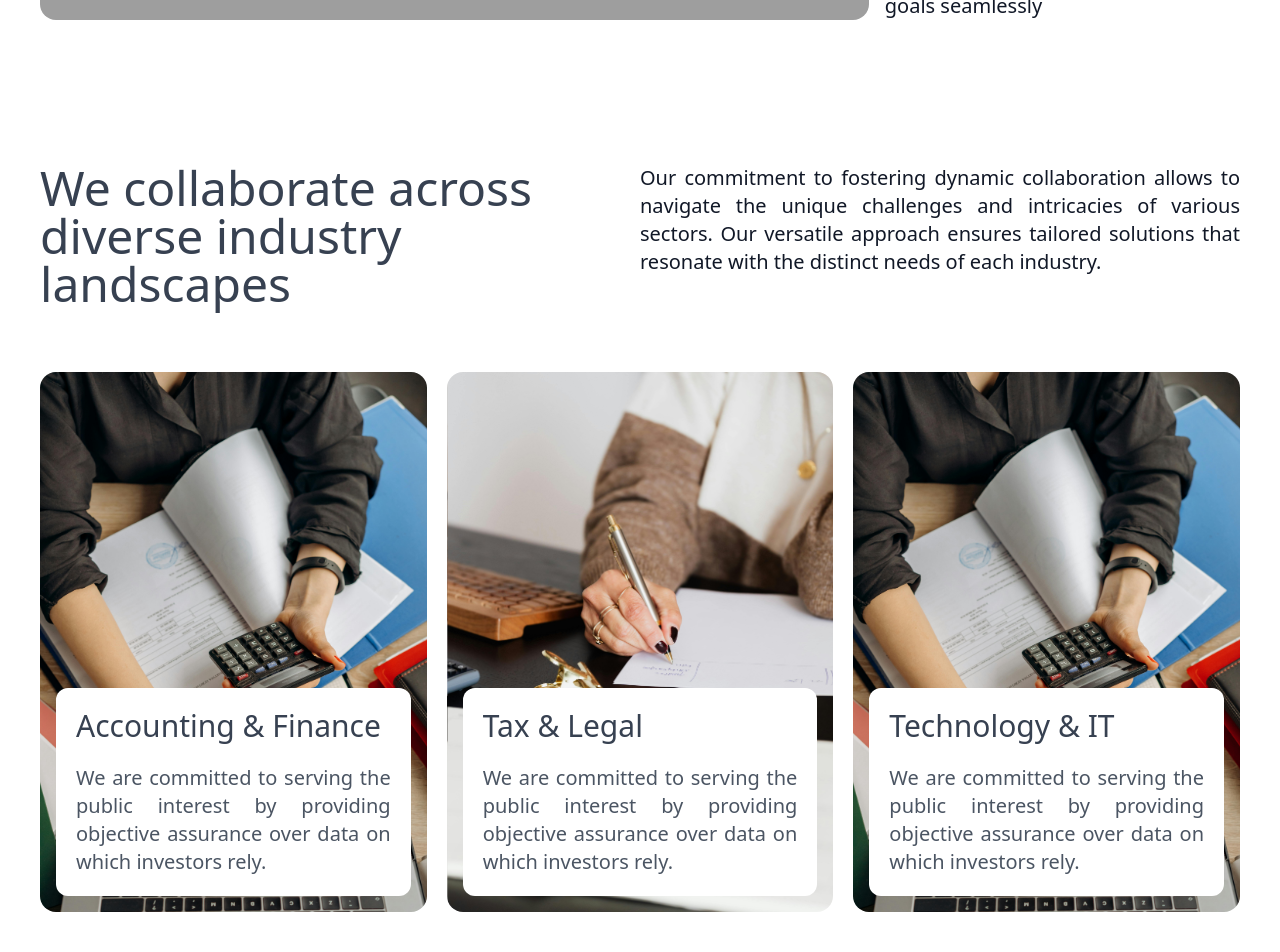
Repository: vespersolutionspk18/integrast-website
Page: /
These files come from the project's save history. The page is drawn as it stood at one moment and after the next save; the edit follows.
The browser window is 1280 px wide. The pictures show the part of the page from y = 774 to 1726 px (the page is 1726 px tall).
Pictures or frames that could not be fetched are drawn as grey boxes. The project was rebuilt for these pictures with package versions that can differ from the ones it lists, and the page was loaded fresh each time. The framework's server and built-in components were replaced by stand-ins that run in the browser. Also part of the build but not shown: next.config.ts.

Above is the page before, as saved 2024-12-09 16:08:35.

### app/layout.tsx
import type { Metadata } from "next";
import localFont from "next/font/local";
import "./globals.css";

const geistSans = localFont({
  src: "./fonts/GeistVF.woff",
  variable: "--font-geist-sans",
  weight: "100 900",
});
const geistMono = localFont({
  src: "./fonts/GeistMonoVF.woff",
  variable: "--font-geist-mono",
  weight: "100 900",
});

export const metadata: Metadata = {
  title: "Integra Strategy",
  description: "-",
};

export default function RootLayout({
  children,
}: Readonly<{
  children: React.ReactNode;
}>) {
  return (
    <html lang="en">
      <body
        className={`${geistSans.variable} ${geistMono.variable} antialiased`}
      >
        {children}
      </body>
    </html>
  );
}

### app/page.tsx
import Image from "next/image";
import Header from "./Header";
import Hero from "./Hero";
import Services from "./Services";

export default function Home() {
  return (
    <div>
      <Header />
      <Hero />
      <Services />
    </div>
  );
}

### app/Hero.tsx
import React from 'react'
import ButtonArrowwhite from "@/public/assets/buttonarrowwhite.svg";
import ButtonArrow from "@/public/assets/buttonarrow.svg";
const Hero = () => {
  return (
    <div className="flex flex-col p-10 ">
        <div className="flex flex-row mt-24 h-[190px] gap-5 ">
            <div className="w-[55%] flex flex-col">
                <h1 className="font-light font-sans text-6xl text-gray-600">Unlock Prosperity, <span className="text-gray-800">Choose Expert Guidance</span></h1>
                <h4 className="text-xl font-sans font-light text-gray-900 mt-6">Embark on a transformative journey to financial prosperity with our personalized accountancy services</h4>
            </div>
            <div className="w-[45%] flex flex-col justify-between ">
                <h4 className="text-xl text-justify font-light font-sans text-gray-900">Unlock tailored strategies, benefit from insightful guidances, and follow a clear pathway to achieve your financial success. Elevate your financial journey with our dedicated support and expertise. Contact us today to start your journey towards financial freedom.</h4>
                <div className="flex flex-row gap-5 pt-10">
                <div>
                <div id="button"
  className="group  bg-white h-[44px] flex-row border-[1px] border-gray-700 text-gray-900 text-[16px] py-1 px-1 font-light rounded-full hidden md:flex items-center justify-between w-[170px] transition-width duration-500 ease-in-out  hover:w-[195px] hover:bg-gray-700 hover:border-gray-700 hover:text-white "

>
  <div className="mx-3 font-sans font-regular">Get In Touch</div>
  <div className="bg-gray-700 rounded-full h-[36px] w-[36px] flex items-center justify-center transition-transform duration-500 ease-in-out group-hover:rotate-45">
    <ButtonArrowwhite className="h-[24px] w-[24px]" />
  </div>
            </div>
                </div>
                <div>
                <div id="button"
  className="group  bg-gray-700 h-[44px] flex-row border-[1px] border-gray-700 text-white text-[16px] py-1 px-1 font-light rounded-full hidden md:flex items-center justify-between w-[170px] transition-width duration-500 ease-in-out  hover:w-[195px] hover:bg-white hover:border-gray-700 hover:text-gray-700 "

>
  <div className="mx-3 font-sans font-regular">Get a Quote</div>
  <div className="bg-white rounded-full h-[36px] w-[36px] flex items-center justify-center transition-transform duration-500 ease-in-out group-hover:rotate-45 group-hover:border-[1px] group-hover:border-gray-700">
    <ButtonArrow className="h-[24px] w-[24px]" />
  </div>
            </div>
                </div>

                </div>
            </div>
        </div>


        <div className="flex flex-row h-[380px] gap-4 mt-16">
            <div className="w-[70%] rounded-2xl bg-cover bg-center" style={{backgroundImage: `url('/assets/heroimage3.jpg')`}}></div>
            <div className="w-[30%] flex flex-col justify-between ">
                <div className="w-full h-full rounded-2xl bg-cover bg-center" style={{backgroundImage: `url('/assets/heroimage4.jpg')`}}></div>
                <h5 className="font-sans text-gray-900 text-justify text-xl mt-3  font-light">Tailored solutions, expert guidance, and strategic planning to secure your wealth and achieve your financial goals seamlessly</h5>
            </div>
        </div>
    </div>
  )
}

export default Hero

### app/Services.tsx
import React from 'react'

const Services = () => {
  return (
    <div className="flex flex-col p-10 mt-16 ">
        <div className="flex flex-row items-start justify-start ">
            <div className="w-1/2 font-sans font-light text-5xl text-gray-700">We collaborate across diverse industry landscapes</div>
            <div className="w-1/2 font-sans text-gray-900 text-justify text-xl  font-light">Our commitment to fostering dynamic collaboration allows to navigate the unique challenges and intricacies of various sectors. Our versatile approach ensures tailored solutions that resonate with the distinct needs of each industry.</div>
        </div>
        <div className="flex flex-row gap-5 mt-16">
            <div className="rounded-2xl w-1/3 h-[540px] bg-cover bg-center flex items-end" style={{backgroundImage: `url('/assets/audit.jpg')`}}>
            <div className="bg-white m-4 w-full  rounded-[12px] flex flex-col">
            <h5 className="ml-5 mt-5 mr-5 mb-5 font-sans text-3xl text-gray-700 font-light">Accounting & Finance</h5>
            <p className="ml-5 mr-5 mb-5 text-justify font-sans font-light text-xl text-gray-600">We are committed to serving the public interest by providing objective assurance over data on which investors rely.</p>
            </div></div>
            <div className="rounded-2xl w-1/3 h-[540px] bg-cover bg-center flex items-end" style={{backgroundImage: `url('/assets/tax.jpg')`}}>
            <div className="bg-white m-4 w-full  rounded-[12px] flex flex-col">
            <h5 className="ml-5 mt-5 mr-5 mb-5 font-sans text-3xl text-gray-700 font-light">Tax & Legal</h5>
            <p className="ml-5 mr-5 mb-5 text-justify font-sans font-light text-xl text-gray-600">We are committed to serving the public interest by providing objective assurance over data on which investors rely.</p>
            </div></div>
            <div className="rounded-2xl w-1/3 h-[540px] bg-cover bg-center flex items-end" style={{backgroundImage: `url('/assets/audit.jpg')`}}>
            <div className="bg-white m-4 w-full  rounded-[12px] flex flex-col">
            <h5 className="ml-5 mt-5 mr-5 mb-5 font-sans text-3xl text-gray-700 font-light">Technology & IT</h5>
            <p className="ml-5 mr-5 mb-5 text-justify font-sans font-light text-xl text-gray-600">We are committed to serving the public interest by providing objective assurance over data on which investors rely.</p>
            </div></div>
        </div>
    </div>
  )
}

export default Services

Loaded but not shown: app/globals.css (common file); app/Header.tsx (common file); tailwind.config.ts (common file)

After the next save:
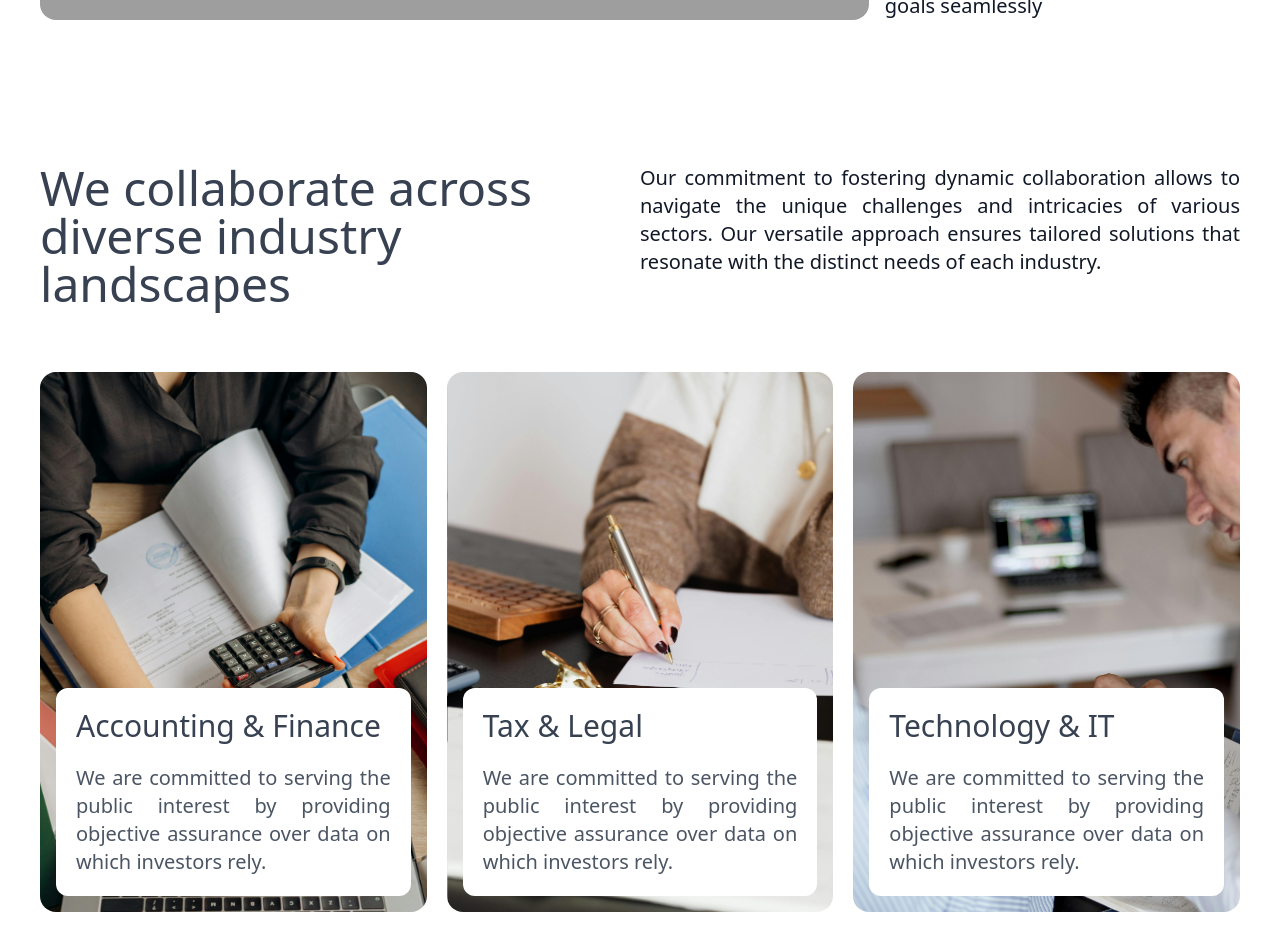
Saved 102 s later.
--- a/app/Services.tsx
+++ b/app/Services.tsx
@@ -18,7 +18,7 @@ const Services = () => {
             <h5 className="ml-5 mt-5 mr-5 mb-5 font-sans text-3xl text-gray-700 font-light">Tax & Legal</h5>
             <p className="ml-5 mr-5 mb-5 text-justify font-sans font-light text-xl text-gray-600">We are committed to serving the public interest by providing objective assurance over data on which investors rely.</p>
             </div></div>
-            <div className="rounded-2xl w-1/3 h-[540px] bg-cover bg-center flex items-end" style={{backgroundImage: `url('/assets/audit.jpg')`}}>
+            <div className="rounded-2xl w-1/3 h-[540px] bg-cover bg-center flex items-end" style={{backgroundImage: `url('/assets/tech.jpg')`}}>
             <div className="bg-white m-4 w-full  rounded-[12px] flex flex-col">
             <h5 className="ml-5 mt-5 mr-5 mb-5 font-sans text-3xl text-gray-700 font-light">Technology & IT</h5>
             <p className="ml-5 mr-5 mb-5 text-justify font-sans font-light text-xl text-gray-600">We are committed to serving the public interest by providing objective assurance over data on which investors rely.</p>
